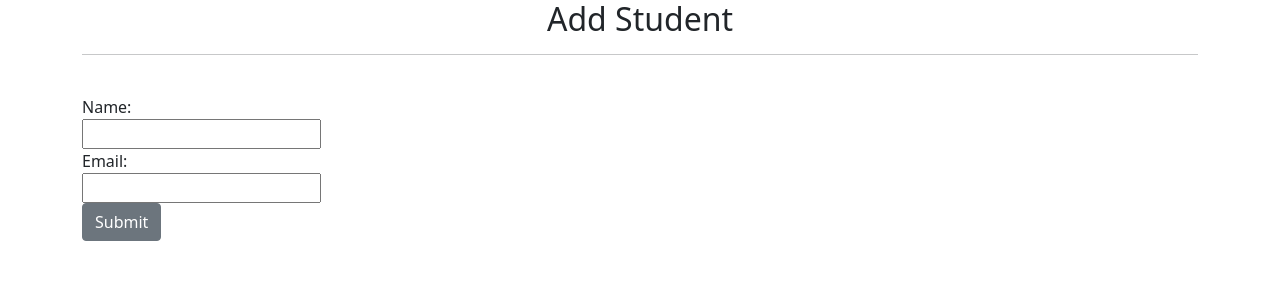
Repository: pradeep9689/monoceptAssignment
Page: http://localhost/09-student-mvc-db/addStudent.jsp
These files come from the project's save history. The page is drawn as it stood at one moment and after the next save; the edit follows.
The browser window is 1280 px wide. The pictures show the whole page.
The page is served by Tomcat 9.

Above is the page before, as saved 2024-07-17 08:39:33.

After the next save:
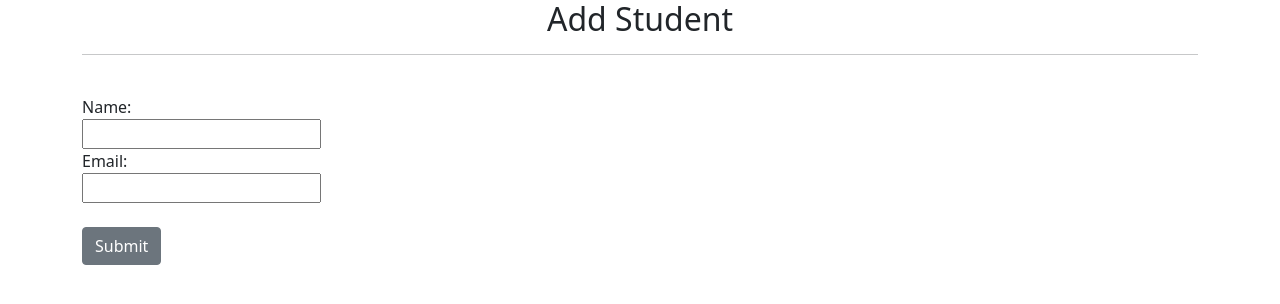
Saved 76 s later.
--- a/09-student-mvc-db/WebContent/addStudent.jsp
+++ b/09-student-mvc-db/WebContent/addStudent.jsp
@@ -20,7 +20,7 @@
         <input type="text" name="student_name"><br>
         <label for="mail">Email:</label><br>
         <input type="text"  name="student_mail"><br>
-
+        <input type="hidden"  name="command" value="add"><br>
         <input type="submit" class="btn btn-secondary"  >
     </form>
     </div>
